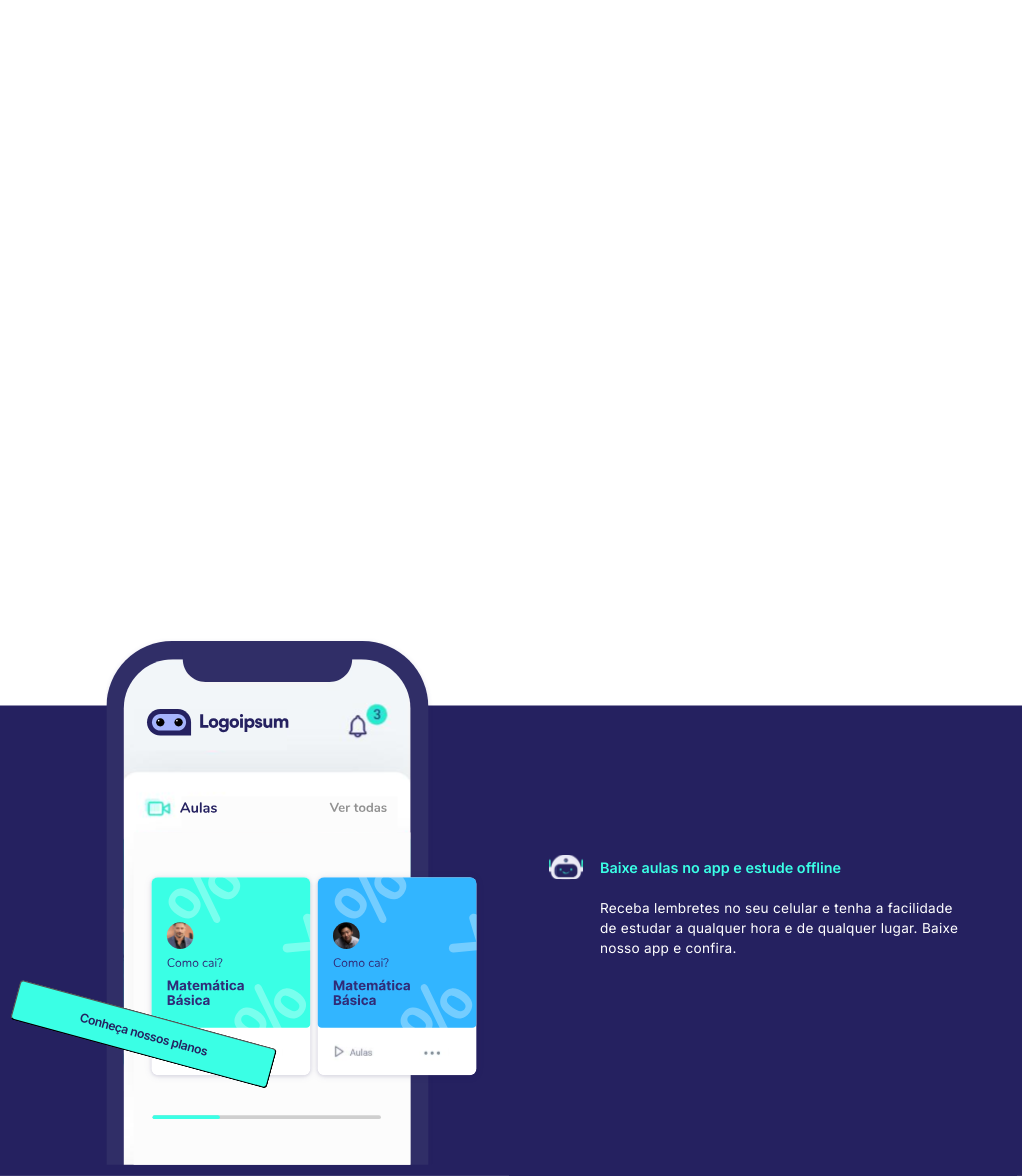
Repository: Williamlmachado/Desafio-Landing-page
Page: index.html
These files come from the project's save history. The page is drawn as it stood at one moment and after the next save; the edit follows.
The browser window is 1280 px wide. The page is 1472 px wide, so the pictures cover 1472 px, including what lies to the right of the window. The pictures show the part of the page from y = 3527 to 5207 px (the page is 5207 px tall), at 70% of full size.
Some icons come from a web library that is not loaded, so they are not drawn.

Above is the page before, as saved 2021-11-10 17:05:56.

After the next save:
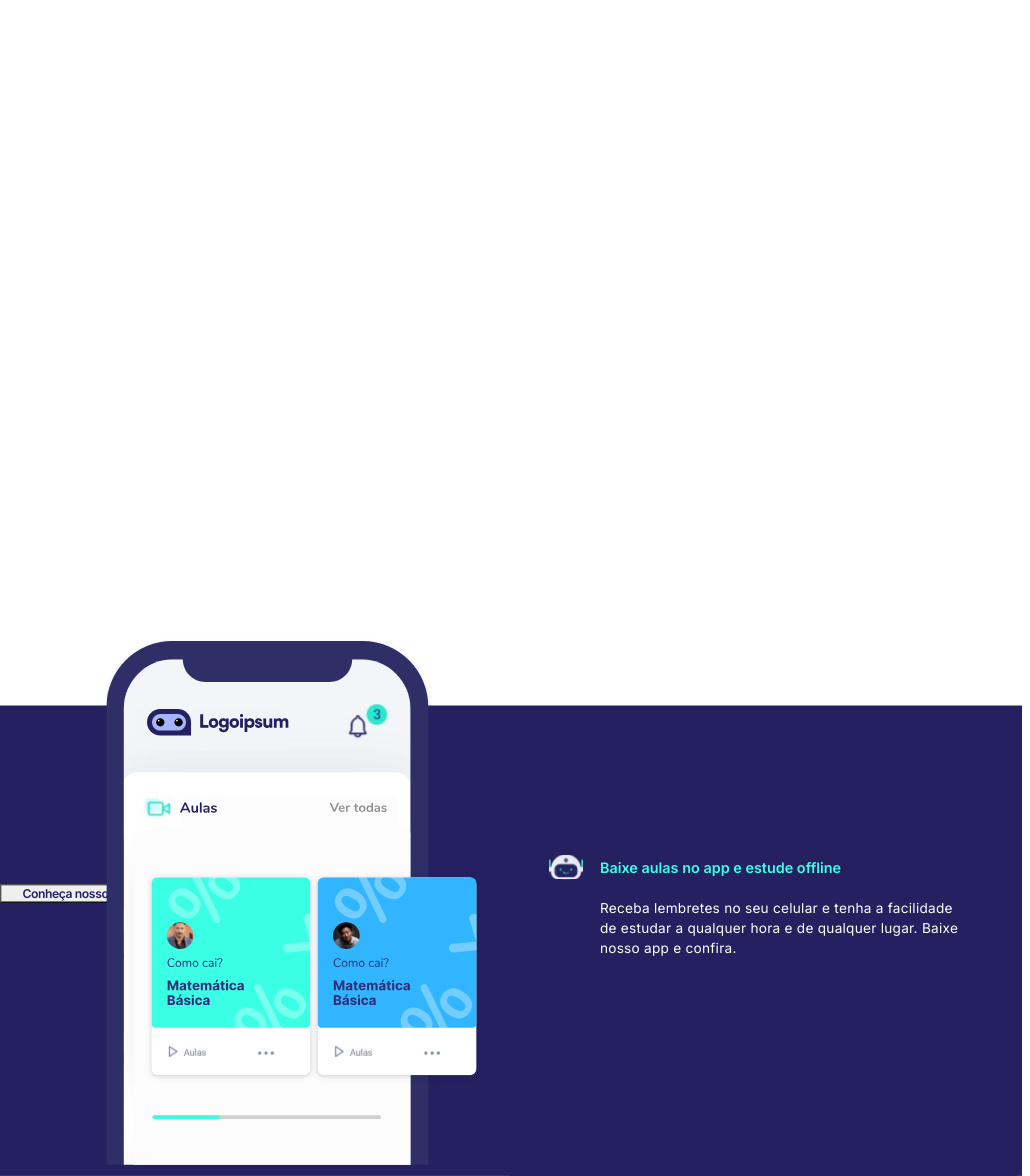
Saved 24 s later.
--- a/index.html
+++ b/index.html
@@ -80,7 +80,7 @@
     <div class="retangle-4">
       <div class="row">
         <div class="col"><img class="celular" src="img/Frame 12.svg"><img class="celulardados" src="img/Group 41.svg"><img class="spaceboy2" src="img/image 3.svg" alt="spaceboy2"><h4 class="Baixe">Baixe aulas no app e estude offline</h4><p class="receba">Receba lembretes no seu celular e tenha a facilidade de estudar a qualquer hora e de qualquer lugar.
-          Baixe nosso app e confira.</p><button type="button" class="buttonret"><p class="fraseButton">Conheça nossos planos</p><i class="fas fa-arrow-right"></i></button></div>
+          Baixe nosso app e confira.</p><button type="button" class="buttonret4"><p class="fraseButton">Conheça nossos planos</p><i class="fas fa-arrow-right"></i></button></div>
         <div class="col"></div>
     </div>
   </div>

After the save that followed:
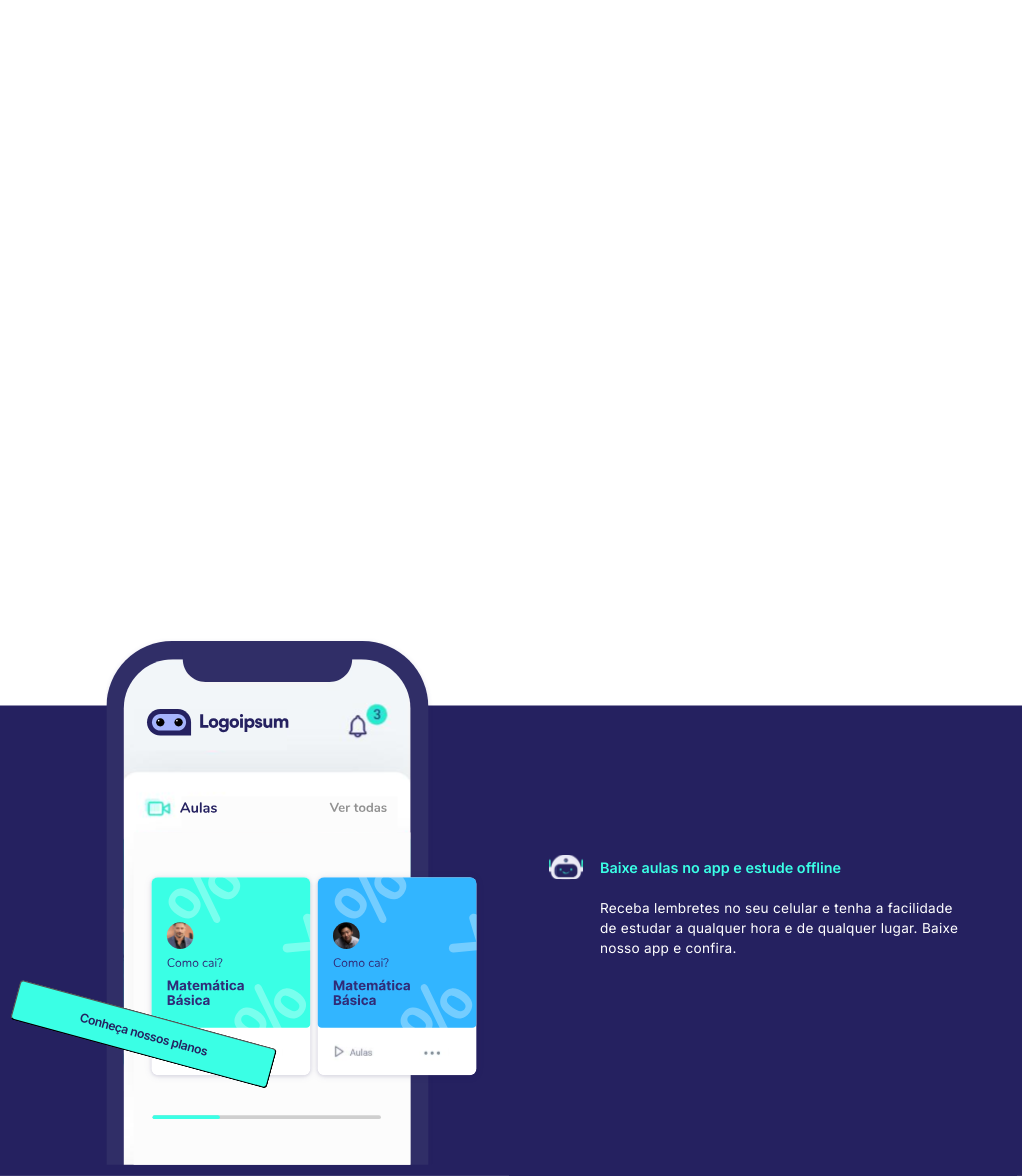
Saved 38 s later.
--- a/style.css
+++ b/style.css
@@ -511,3 +511,20 @@
     /* Branco */
     color: #FFFFFF;
 }
+
+.buttonret4{
+    display: flex;
+    flex-direction: row;
+    justify-content: center;
+    align-items: center;
+    padding: 15px 116px;
+
+    position: absolute;
+    width: 380.41px;
+    height: 59.33px;
+    left: 15px;
+    top: 440px;
+    transform: rotate(+15.22deg);
+    /* Secundary */
+    background: #3AFFE5;
+    border-radius: 6px;
